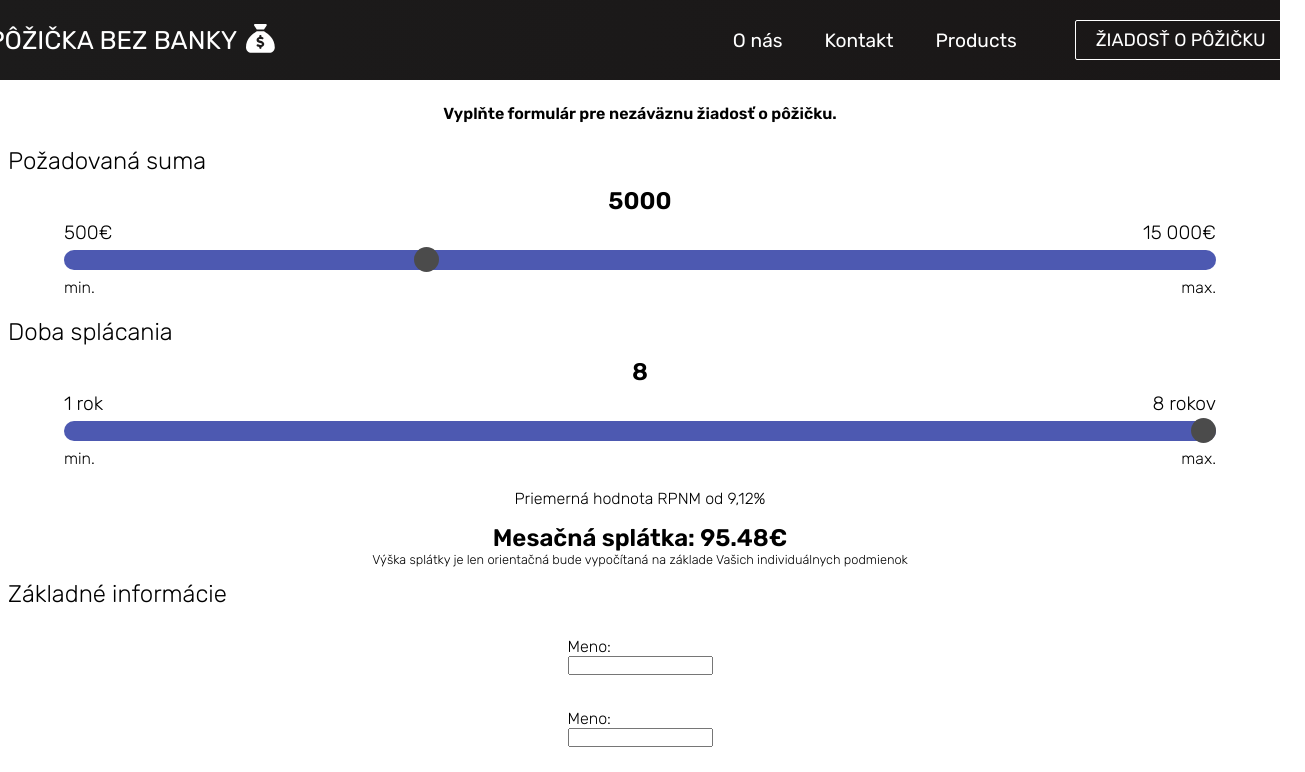
Repository: steve-lgtm/React-website-pozickabezbanky
Page: /ziadost
These files come from the project's save history. The page is drawn as it stood at one moment and after the next save; the edit follows.
The browser window is 1280 px wide. The page is 1305 px wide, so the pictures cover 1305 px, including what lies to the right of the window. The pictures show the whole page.
Some web libraries are served in a nearby version. The project was rebuilt for these pictures with package versions that can differ from the ones it lists, and the page was loaded fresh each time. Also part of the build but not shown: src/components/pages/Home.js, src/components/pages/Kontakt.js, src/components/pages/Products.js.

Above is the page before, as saved 2022-07-09 00:05:50.

### src/App.js
import React from 'react';
import Navbar from './components/Navbar';
import './App.css';
import Home from './components/pages/Home.js';
import { BrowserRouter as Router, Routes, Route } from 'react-router-dom';
import Kontakt from './components/pages/Kontakt';
import Products from './components/pages/Products';
import Ziadost from './components/pages/Ziadost';
import { library } from '@fortawesome/fontawesome-svg-core'
import { fas } from '@fortawesome/free-solid-svg-icons'


library.add(fas)


function App() {
  return (
      <Router>
        <Navbar />
        <Routes>
          <Route path='/' exact element={<Home />} />
          <Route path='/kontakt' element={<Kontakt/>} />
          <Route path='/products' element={<Products/>} />
          <Route path='/ziadost' element={<Ziadost/>} />
        </Routes>
      </Router>
  );
}

export default App;

### src/components/Navbar.js
import React, { useState, useEffect } from 'react';
import { Button } from './Button';
import { Link } from 'react-router-dom';
import './Navbar.css';
import { FontAwesomeIcon } from '@fortawesome/react-fontawesome';

function Navbar() {
  const [click, setClick] = useState(false);
  const [button, setButton] = useState(true);

  const handleClick = () => setClick(!click);
  const closeMobileMenu = () => setClick(false);

  const showButton = () => {
    if (window.innerWidth <= 1040) {
      setButton(false);
    } else {
      setButton(true);
    }
  };

  useEffect(() => {
    showButton();
  }, []);

  window.addEventListener('resize', showButton);

  return (
    <>
      <nav className='navbar'>
        <div className='navbar-container'>
          <Link to='/' className='navbar-logo' onClick={closeMobileMenu}>
            PÔŽIČKA BEZ BANKY
           {/* <FontAwesomeIcon icon="fa-solid fa-money-bill-1-wave" className='nav-icon'/> */}
           <FontAwesomeIcon icon="fa-solid fa-sack-dollar" className='nav-icon' />
          </Link>
          <div className='menu-icon' onClick={handleClick}>
            <i className={click ? 'fas fa-times' : 'fas fa-bars'} />
          </div>
          <ul className={click ? 'nav-menu active' : 'nav-menu'}>
            <li className='nav-item'>
              <Link to='/' className='nav-links' onClick={closeMobileMenu}>
                O nás
              </Link>
            </li>
            <li className='nav-item'>
              <Link
                to='/kontakt'
                className='nav-links'
                onClick={closeMobileMenu}
              >
                Kontakt
              </Link>
            </li>
            <li className='nav-item'>
              <Link
                to='/products'
                className='nav-links'
                onClick={closeMobileMenu}
              >
                Products
              </Link>
            </li>

            <li>
              <Link
                to='/ziadost'
                className='nav-links-mobile'
                onClick={closeMobileMenu}
              >
                ŽIADOSŤ O PÔŽIČKU
              </Link>
            </li>
          </ul>
          {button && <Button buttonStyle='btn--outline'>ŽIADOSŤ O PÔŽIČKU</Button>}
        </div>
      </nav>
    </>
  );
}

export default Navbar;

### src/App.css
@import url('https://fonts.googleapis.com/css2?family=Rubik:wght@300;400;600&display=swap');
* {
  box-sizing: border-box;
  margin: 0;
  padding: 0;
  font-family: 'Rubik', sans-serif;



}

.home,
.services,
.products,
.sign-up {
  display: flex;
  height: 89vh;
  align-items: center;
  justify-content: center;
  font-size: 3rem;
}

.services {
  background-color: blue;
  background-size: cover;
  background-repeat: no-repeat;
  color: rgb(0, 0, 0);
  font-size: 20px;
}

.products {
  background-color: blue;
  background-position: center;
  background-size: cover;
  background-repeat: no-repeat;
  color: #fff;
  font-size: 100 rem;
}

.sign-up {
  background-position: center;
  background-size: cover;
  background-repeat: no-repeat;
  color: rgb(0, 0, 0);
  font-size: 100px;
}
.home {
  background-position: center;
  background-size: cover;
  background-repeat: no-repeat;
  color: rgb(0, 0, 0);
  font-size: 100px;
}

### src/components/pages/Ziadost.js
import React from 'react';
import '../../App.css';
import './Ziadost.css'
import { useState } from 'react';
import { useFormik} from 'formik'

function PMT(ir, np, pv, fv, type) {

  //  * ir   - interest rate per month
  //  * np   - number of periods (months)
   // * pv   - present value
   // * fv   - future value
  //  * type - when the payments are due:
 //   *        0: end of the period, e.g. end of month (default)
  //  *        1: beginning of period

   var pmt, pvif;

   fv || (fv = 0);
   type || (type = 0);

   if (ir === 0)
       return -(pv + fv)/np;

   pvif = Math.pow(1 + ir, np);
   pmt = - ir * pv * (pvif + fv) / (pvif - 1);

   if (type === 1)
       pmt /= (1 + ir);


   return pmt;}

export default function Ziadost() {
  const [mounthAmount, setMounthAmount] = useState(95.48);
  const formik =  useFormik({
    initialValues: {
      amount: 5000,
      period: 8
    }
  });

 const changeAmount = (e) => {
  let urk_sdz = 0.1834;
  if(e.target.name==='amount'){
    let urk_sdz = 0.1834;
    if ( formik.values.period===1) urk_sdz = 0.3910;
    if ( formik.values.period>1 && formik.values.period<6 ) urk_sdz = 0.2098; //0.22;
    if ( formik.values.period>5 && formik.values.period<9 ) urk_sdz = 0.1834;
    let finalAmount = Math.round(PMT(Math.pow((1+urk_sdz),1/12)-1,(formik.values.period*12),-1*e.target.value)*100) /100;
  setMounthAmount(finalAmount)}

  if(e.target.name==='period'){
    if ( e.target.value===1) urk_sdz = 0.3910;
    if ( e.target.value>1 && e.target.value<6 ) urk_sdz = 0.2098; //0.22;
    if ( e.target.value>5 && e.target.value<9 ) urk_sdz = 0.1834;
    let finalAmount = Math.round(PMT(Math.pow((1+urk_sdz),1/12)-1,(e.target.value*12),-1*formik.values.amount)*100) /100;
    setMounthAmount(finalAmount)}
  };
  return (
    <>
      <h1 className='header-form'>
          Vyplňte formulár pre nezáväznu žiadosť o pôžičku.
        </h1>
      <form>
      <div className='container-form'>
        <div className='section-name'>Požadovaná suma</div>
            <h2>{formik.values.amount}</h2>
            <div className="containerslider">
                <div className="pullleft" style={{fontSize:"1.2rem"}}>
                    500€
                </div>
                <div className="pullright" style={{fontSize:"1.2rem"}}>
                    15 000€
                </div>
            <input type="range" name="amount" step="100" min="500" max="15000" onChange={(e) =>{formik.handleChange(e); changeAmount(e)}} value={formik.values.amount} className="slider" id="suma"/>
            <div className="pullleft" style={{fontSize: "1rem"}}>
                min.
            </div>
            <div className="pullright" style={{fontSize: "1rem"}}>
                max.
            </div>
            </div>

       <div className='section-name'>Doba splácania</div>
       <h2>{formik.values.period}</h2>
            <div className="containerslider">
                <div className="pullleft" style={{fontSize:"1.2rem"}}>
                    1 rok
                </div>
                <div className="pullright" style={{fontSize:"1.2rem"}}>
                    8 rokov
                </div>
            <input type="range" name="period" step="1" min="1" max="8" onChange={(e) => {formik.handleChange(e); changeAmount(e)}} value={formik.values.period} className="slider" id="doba"/>
            <div className="pullleft" style={{fontSize: "1rem"}}>
                min.
            </div>
            <div className="pullright" style={{fontSize: "1rem"}}>
                max.
            </div>
            </div>
            <div className="info">
        Priemerná hodnota RPNM od 9,12%
        </div>
        <h2> Mesačná splátka: {mounthAmount}€</h2>
        <div className="info2">
            Výška splátky je len orientačná bude vypočítaná na základe Vašich individuálnych podmienok
        </div>

            <div className='section-name'>Základné informácie</div>
          <div className='personal-data'>
            <div className='personal-data-field'>
          <label for="nameElm">Meno:</label>
      <input required type="text" name="Meno" id="nameid" size="15" maxlength="50" oninvalid="alert('Vyplňte meno!');"/>
      </div>
      <div className='personal-data-field'>
      <label for="nameElm">Meno:</label>
      <input required type="text" name="Meno" id="nameid" size="15" maxlength="50" oninvalid="alert('Vyplňte meno!');"/>
            </div>
            </div>
            </div>
      </form>

    </>
  );
}

### src/components/Button.js
// import React from 'react';
// import './Button.css';
// import { Link } from 'react-router-dom';

// export function Button() {
//   return (
//     <Link to='sign-up'>
//       <button className='btn'>Sign Up</button>
//     </Link>
//   );
// }

import React from 'react';
import './Button.css';
import { Link } from 'react-router-dom';

const STYLES = ['btn--primary', 'btn--outline', 'btn--test'];

const SIZES = ['btn--medium', 'btn--large'];

export const Button = ({
  children,
  type,
  onClick,
  buttonStyle,
  buttonSize
}) => {
  const checkButtonStyle = STYLES.includes(buttonStyle)
    ? buttonStyle
    : STYLES[0];

  const checkButtonSize = SIZES.includes(buttonSize) ? buttonSize : SIZES[0];

  return (
    <Link to='/ziadost' className='btn-mobile'>
      <button
        className={`btn ${checkButtonStyle} ${checkButtonSize}`}
        onClick={onClick}
        type={type}
      >
        {children}
      </button>
    </Link>
  );
};

### src/components/Navbar.css
.navbar {
    background: linear-gradient(90deg, rgb(28, 27, 27) 0%, rgb(26, 23, 23) 100%);
    height: 80px;
    display: flex;
    justify-content: center;
    align-items: center;
    font-size: 1.2rem;
    position: sticky;
    top: 0;
    z-index: 999;
    font-weight: 400;
    white-space: nowrap;
  }

  .navbar-container {
    display: flex;
    justify-content: center;
    align-items: center;
    height: 80px;
    max-width: 1500px;
  }

  .navbar-logo {
    color: #fff;
    justify-self: start;
    margin-left: 0.5em;
    cursor: pointer;
    text-decoration: none;
    font-size: 1.6rem;
    display: flex;
    align-items: center;

  }

  .nav-icon {
    margin-left: 0.3em;
    margin-bottom: 0.1em;
    font-size: 1.8rem;
  }

  .nav-menu {
    display: grid;
    grid-template-columns: repeat(4, auto);
    grid-gap: 10px;
    list-style: none;
    text-align: center;
    width: 60vw;
    justify-content: end;
    margin-right: 2rem;
  }

  .nav-item {
    height: 3.5em;
  }

  .nav-links {
    color: #fff;
    display: flex;
    align-items: center;
    text-decoration: none;
    padding: 0.5rem 1rem;
    height: 100%;
  }

  .nav-links:hover {
    border-bottom: 4px solid #fff;
    transition: all 0.2s ease-out;
  }

  .fa-bars {
    color: rgb(255, 255, 255);
  }

  .nav-links-mobile {
    display: none;
  }

  .menu-icon {
    display: none;
  }

  @media screen and (max-width: 1040px) {
    .NavbarItems {
      position: relative;
    }

    .nav-menu {
      display: flex;
      flex-direction: column;
      justify-content: flex-start;
      width: 100%;
      height: 100vh;
      position: absolute;
      top: 80px;
      left: -100%;
      opacity: 1;
      transition: all 0.5s ease;
    }

    .nav-menu.active {
      background: #242222;
      left: 0;
      opacity: 1;
      transition: all 0.5s ease;
      z-index: 1;
    }

    .nav-links {
      font-size: 1.5rem;
      text-align: center;
      padding: 2rem;
      width: 100%;
      display: table;
    }

    .nav-links:hover {
      background-color: #fff;
      color: #242424;
      border-radius: 0;
    }

    .navbar-logo {
      float: left;}

    .navbar {
      justify-content: flex-start;
    }
    .navbar-container {
      float: left;
    }
    .menu-icon {
      display: block;
      position: absolute;
      top: 0;
      right: 0;
      transform: translate(-100%, 60%);
      font-size: 1.8rem;
      cursor: pointer;
    }

    .fa-times {
      color: #fff;
      font-size: 2rem;
    }

    .nav-links-mobile {
      display: block;
      text-align: center;
      margin: 2rem auto;
      border-radius: 4px;
      width: 80%;
      text-decoration: none;
      font-size: 1.5rem;
      background-color: transparent;
      color: #fff;
      padding: 14px 20px;
      border: 1px solid #fff;
      transition: all 0.3s ease-out;
    }

    .nav-links-mobile:hover {
      background: #fff;
      color: #242424;
      transition: 250ms;
    }
  }

### src/components/pages/Ziadost.css

.container-form {
margin: 0.5em;
display: flex;
flex-direction: column;
align-items: center;
font-weight: 300;
}
.pullleft{
    margin-top:0.3em;
    margin-bottom: 0.3em;
    float: left;

}
.pullright{
    margin-top:0.3em;
    margin-bottom: 0.3em;
    float: right;
}

.containerslider {
    width: 90vw;
    margin-bottom: 1em;
}
.header-form {
    text-align: center;
    font-size: 1rem;
    padding: 1em;
    padding-top: 1.5em;
}
.info{
    font-size: 1rem;
    color:black;
    text-align: center;
    margin-bottom: 1em;
}
.info2{
    font-size: 0.8rem;
    color:black;
    text-align: center;
    margin-bottom: 1em;
}
.slider {
    -webkit-appearance: none;
    width: 100%;
    height: 20px;
    background: #021391;
    outline: none;
    opacity: 0.7;
    -webkit-transition: .2s;
    transition: opacity .2s;
    border-radius: 1em;

  }
.section-name {
    align-self: flex-start;
    font-size: 1.5em;
    margin-bottom: 0.5em;
}

  .slider::-webkit-slider-thumb {
    -webkit-appearance: none;
    appearance: none;
    width: 25px;
    height: 25px;
    background: #000000;
    cursor: pointer;
    border-radius: 40px;
  }

  .slider::-moz-range-thumb {
    width: 25px;
    height: 25px;
    background: #000000;
    cursor: pointer;
  }
.arrow{
    width: 70px;
    margin-bottom: -1em;
}

.personal-data{
    display: flex;
    flex-direction: column;
    justify-content:space-around;
    height: 20vh;
}
.personal-data-field{
    display: flex;
    flex-direction: column;

}

### src/components/Button.css
:root {
  --primary: #fff;
}

.btn {
  padding: 8px 20px;
  border-radius: 2px;
  outline: none;
  border: none;
  cursor: pointer;
}

.btn--primary {
  background-color: var(--primary);
  color: #242424;
  border: 1px solid var(--primary);
}

.btn--outline {
  background-color: transparent;
  color: #fff;
  padding: 8px 20px;
  border: 1px solid var(--primary);
  transition: all 0.3s ease-out;
}

.btn--medium {
  margin-right: 1em;
  padding: 8px 20px;
  font-size: 18px;
}

.btn--large {
  padding: 12px 26px;
  font-size: 20px;
}

.btn--large:hover,
.btn--medium:hover {
  transition: all 0.3s ease-out;
  background: #fff;
  color: #242424;
  transition: 250ms;
}

Loaded but not shown: public/index.html (common file); src/index.js (common file); src/index.css (common file)

After the next save:
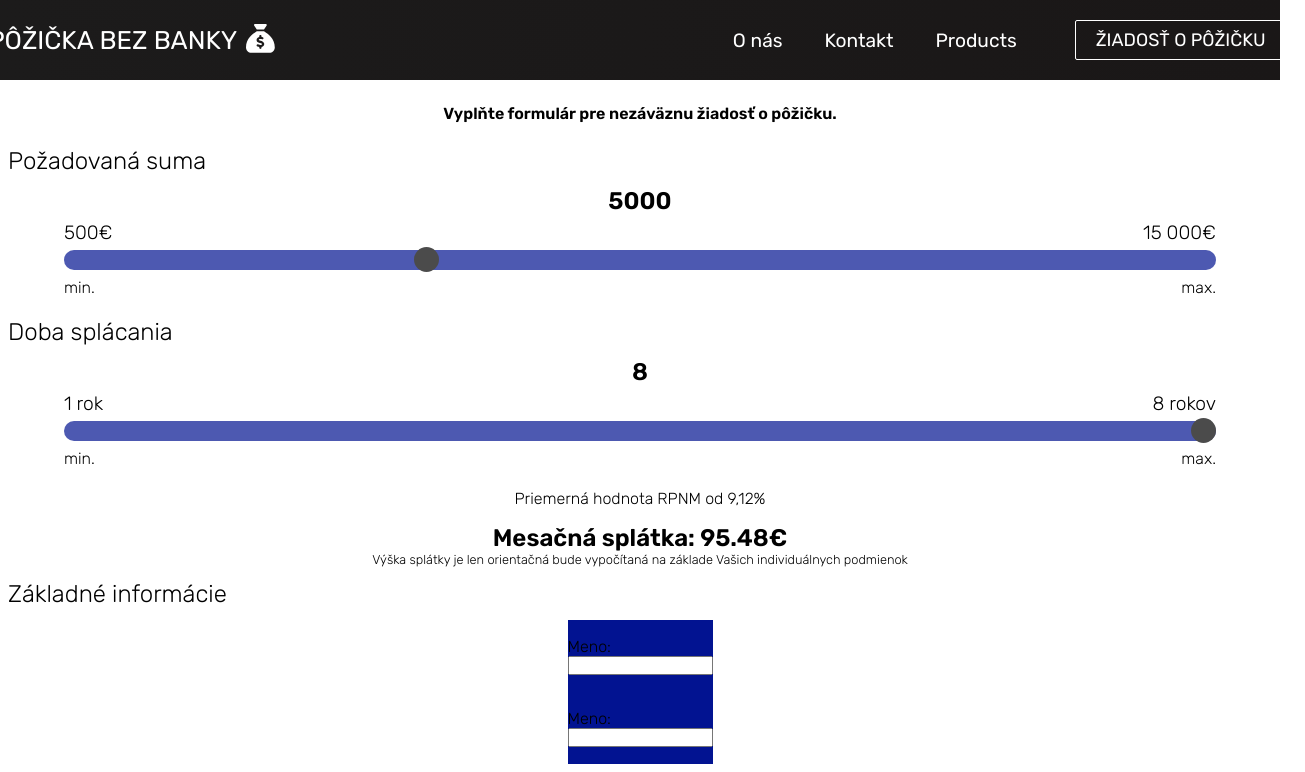
Saved 4 s later.
--- a/src/components/pages/Ziadost.css
+++ b/src/components/pages/Ziadost.css
@@ -84,6 +84,7 @@ font-weight: 300;
     flex-direction: column;
     justify-content:space-around;
     height: 20vh;
+    background-color: #021391;
 }
 .personal-data-field{
     display: flex;
